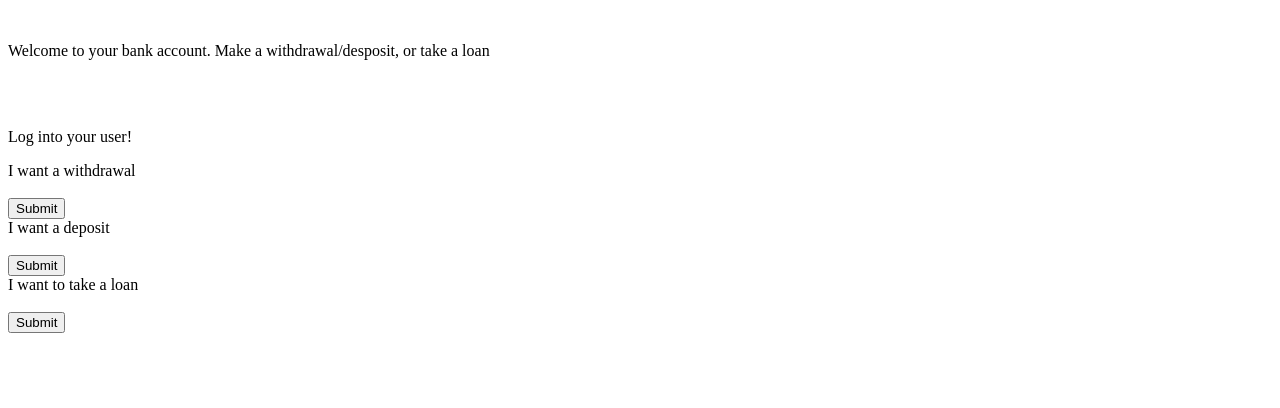
Repository: hcm4990/BankingApplicationRestAPI
Page: gs-serving-web-content-complete/src/main/resources/static/account.html
An editor plug-in stored every save of this project. The page is shown before and after a run of saves, followed by the edit.
The browser window is 1280 px wide. The pictures show the whole page.

Above is the page before, as saved 2020-04-06 15:31:15.

### gs-serving-web-content-complete/src/main/resources/static/account.html
<!DOCTYPE HTML>
<html>
<head>
<title>Getting Started: Serving Web Content</title>
<meta http-equiv="Content-Type" content="text/html; charset=UTF-8" />
</head>
<body>
	<br>
	<p>Welcome to your bank account. Make a withdrawal/desposit, or take a loan</p>
	<br>
	<br>
	<p><p>Log into your user!</p>
	<form action="/withdrawal">
		<label for="user_id">I want a withdrawal</label><br>
		<br> <input type="submit" value="Submit">
	</form>
	<form action="/deposit">
		<label for="user_id">I want a deposit</label><br>
		<br> <input type="submit" value="Submit">
	</form>
	<form action="/loan">
		<label for="user_id">I want to take a loan</label><br>
		<br> <input type="submit" value="Submit">
	</form>
</body>
</html>

After the next 2 saves:
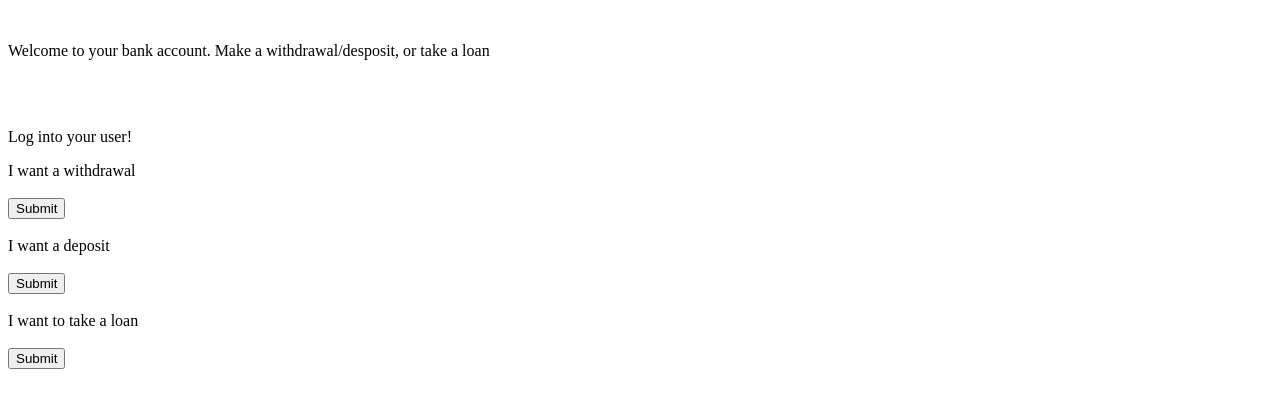
The 2 saves are shown as one change because they came seconds apart.
The last was saved 14 s later.
--- a/gs-serving-web-content-complete/src/main/resources/static/account.html
+++ b/gs-serving-web-content-complete/src/main/resources/static/account.html
@@ -13,11 +13,11 @@
 	<form action="/withdrawal">
 		<label for="user_id">I want a withdrawal</label><br>
 		<br> <input type="submit" value="Submit">
-	</form>
+	</form> <br>
 	<form action="/deposit">
 		<label for="user_id">I want a deposit</label><br>
 		<br> <input type="submit" value="Submit">
-	</form>
+	</form> <br>
 	<form action="/loan">
 		<label for="user_id">I want to take a loan</label><br>
 		<br> <input type="submit" value="Submit">
